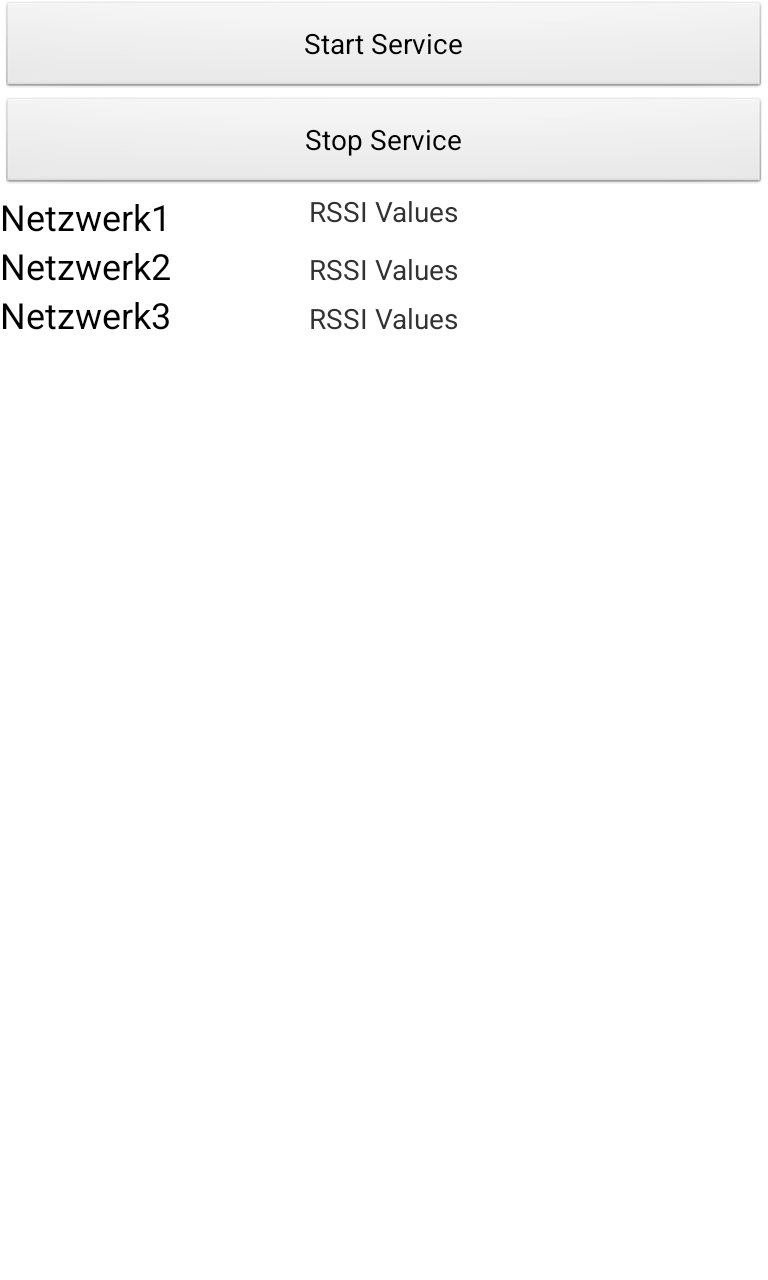
Repository: agejku/Embedded-Systems
Layout: Positionsensor/res/layout/main.xml
These files come from the project's save history. The layout is drawn as it stood at one moment and after the next save; the edit follows.
It is drawn on a 768 x 1280 px phone screen (xhdpi) without system bars, with theme AppTheme; the app's code is not run.

Above is the layout before, as saved 2014-04-23 11:02:07.

After the next save:
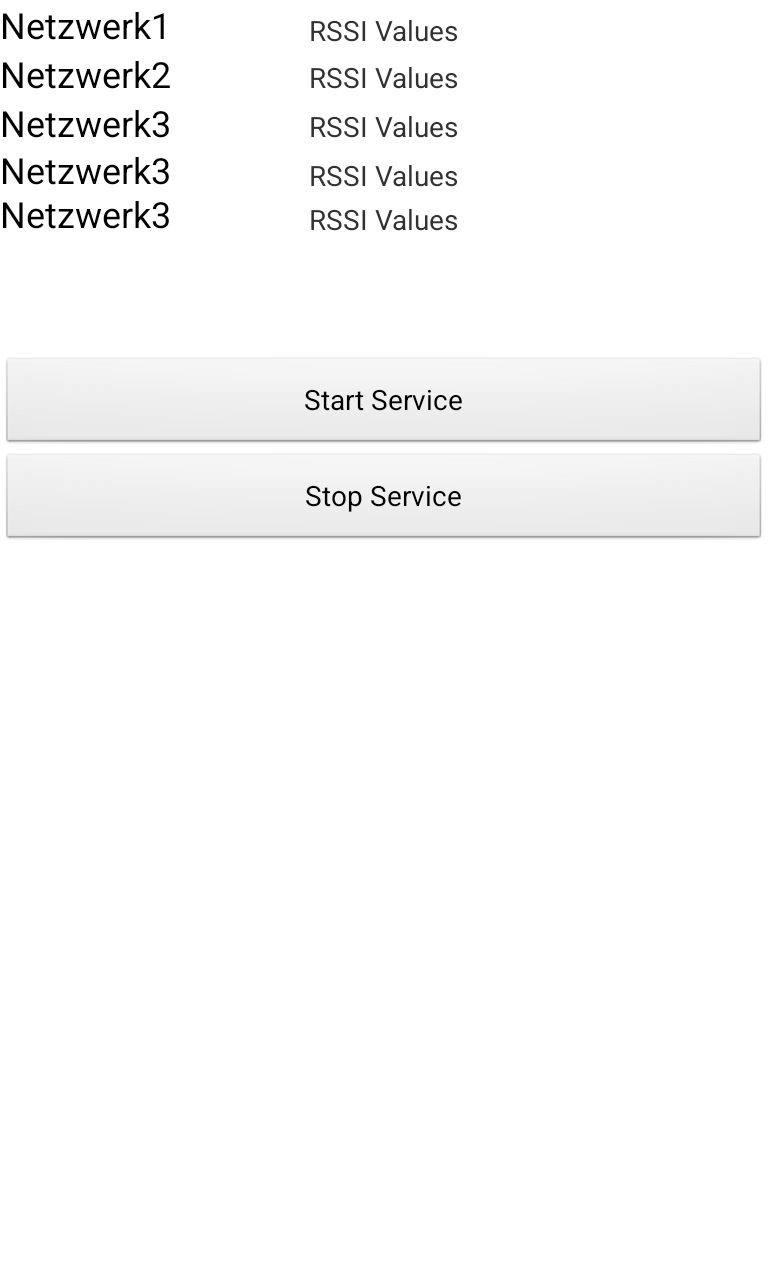
Saved 2 min 22 s later.
--- a/Positionsensor/res/layout/main.xml
+++ b/Positionsensor/res/layout/main.xml
@@ -4,12 +4,6 @@
     android:layout_width="fill_parent"
     android:layout_height="fill_parent"
     android:orientation="vertical" >
-
-    <Button android:id="@+id/btnStartService"
-   	android:layout_width="fill_parent"
-   	android:layout_height="wrap_content"
-   	android:text="@string/start_service"
-   	android:onClick="startService"/>
 
    <Button
        android:id="@+id/btnStopService"
@@ -19,23 +13,6 @@
        android:layout_below="@+id/btnStartService"
        android:onClick="stopService"
        android:text="@string/stop_service" />
-
-   <TextView
-       android:id="@+id/network1"
-       android:layout_width="wrap_content"
-       android:layout_height="wrap_content"
-       android:layout_alignParentLeft="true"
-       android:layout_alignTop="@+id/rssiNet1"
-       android:text="@string/network1"
-       android:textAppearance="?android:attr/textAppearanceMedium" />
-
-   <TextView
-       android:id="@+id/rssiNet1"
-       android:layout_width="wrap_content"
-       android:layout_height="wrap_content"
-       android:layout_below="@+id/btnStopService"
-       android:layout_centerHorizontal="true"
-       android:text="@string/start_rssi" />
 
    <TextView
        android:id="@+id/network2"
@@ -73,4 +50,66 @@
        android:layout_alignLeft="@+id/rssiNet2"
        android:text="@string/start_rssi" />
 
+   <Button
+       android:id="@+id/btnStartService"
+       android:layout_width="fill_parent"
+       android:layout_height="wrap_content"
+       android:layout_alignParentLeft="true"
+       android:layout_alignParentTop="true"
+       android:layout_marginTop="178dp"
+       android:onClick="startService"
+       android:text="@string/start_service" />
+
+   <TextView
+       android:id="@+id/rssiNet1"
+       android:layout_width="wrap_content"
+       android:layout_height="wrap_content"
+       android:layout_above="@+id/network2"
+       android:layout_centerHorizontal="true"
+       android:text="@string/start_rssi" />
+
+   <TextView
+       android:id="@+id/network1"
+       android:layout_width="wrap_content"
+       android:layout_height="wrap_content"
+       android:layout_alignParentLeft="true"
+       android:layout_alignParentTop="true"
+       android:text="@string/network1"
+       android:textAppearance="?android:attr/textAppearanceMedium" />
+
+   <TextView
+       android:id="@+id/TextView01"
+       android:layout_width="wrap_content"
+       android:layout_height="wrap_content"
+       android:layout_alignParentLeft="true"
+       android:layout_below="@+id/rssiNet3"
+       android:text="@string/network3"
+       android:textAppearance="?android:attr/textAppearanceMedium" />
+
+   <TextView
+       android:id="@+id/TextView02"
+       android:layout_width="wrap_content"
+       android:layout_height="wrap_content"
+       android:layout_alignParentLeft="true"
+       android:layout_below="@+id/network3"
+       android:layout_marginTop="21dp"
+       android:text="@string/network3"
+       android:textAppearance="?android:attr/textAppearanceMedium" />
+
+   <TextView
+       android:id="@+id/TextView03"
+       android:layout_width="wrap_content"
+       android:layout_height="wrap_content"
+       android:layout_alignBottom="@+id/TextView01"
+       android:layout_alignLeft="@+id/rssiNet3"
+       android:text="@string/start_rssi" />
+
+   <TextView
+       android:id="@+id/TextView04"
+       android:layout_width="wrap_content"
+       android:layout_height="wrap_content"
+       android:layout_alignBottom="@+id/TextView02"
+       android:layout_alignLeft="@+id/TextView03"
+       android:text="@string/start_rssi" />
+
 </RelativeLayout>
